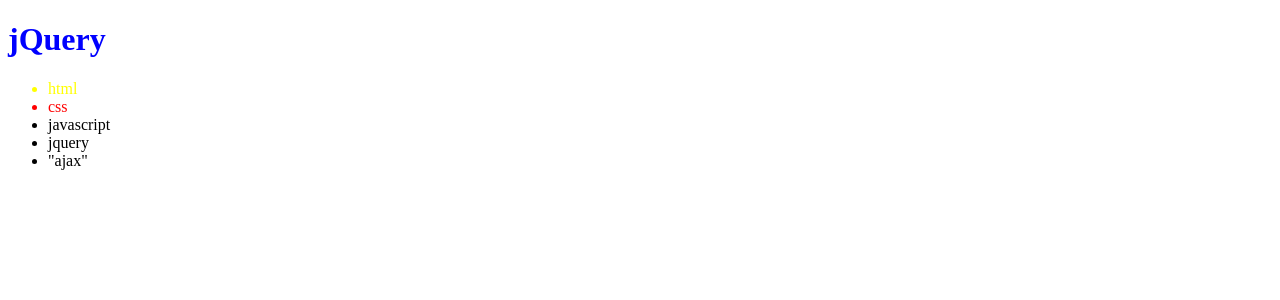
Repository: Dalso13/workspace
Page: workspace_web/chapter04_jQuery/WebContent/Ex03_jQuery_selector.html
An editor plug-in stored every save of this project. The page is shown before and after the next save, followed by the edit.
The browser window is 1280 px wide. The pictures show the whole page.

Above is the page before, as saved 2023-05-16 03:59:18.

### workspace_web/chapter04_jQuery/WebContent/Ex03_jQuery_selector.html
<!DOCTYPE html>
<html>
<head>
<meta charset="UTF-8">
<title>Insert title here</title>
<script src="js/jquery-3.4.1.js"></script>
<script type="text/javascript">
	$(function() {
		// 인라인 스타일 방식 (jquery 에서 style == css)

		// 1. 단일 옵션 적용
		$(".html").css("color", "yellow");
		$(".css").css("color", "red");

		// 2. 다중 옵션 적용
		$("h1").css({"color":"blue"})

	})

</script>
</head>
<body>
	<h1>jQuery</h1>
	<div class="wrap">
		<ul id="web">
			<li class="html">html </li>
			<li class="css">css </li>
			<li class="javascript">javascript</li>
			<li class="jquery">jquery</li>
			<li class="ajax">"ajax"</li>
		</ul>
	</div>
</body>
</html>

Loaded but not shown: workspace_web/chapter04_jQuery/WebContent/js/jquery-3.4.1.js (library)

After the next save:
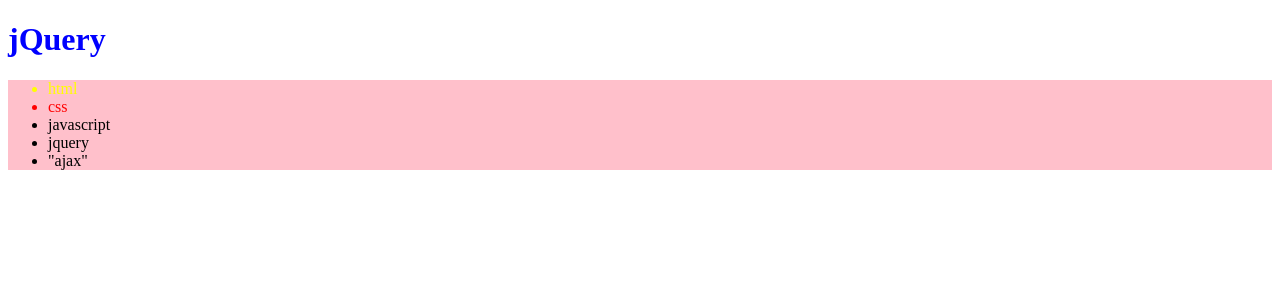
Saved 91 s later.
--- a/workspace_web/chapter04_jQuery/WebContent/Ex03_jQuery_selector.html
+++ b/workspace_web/chapter04_jQuery/WebContent/Ex03_jQuery_selector.html
@@ -13,7 +13,8 @@
 		$(".css").css("color", "red");
 
 		// 2. 다중 옵션 적용
-		$("h1").css({"color":"blue"})
+		$("h1").css({"color":"blue"}); // 객체 형식
+		$(".wrap").css({"background-color":"pink"});
 
 	})
 
